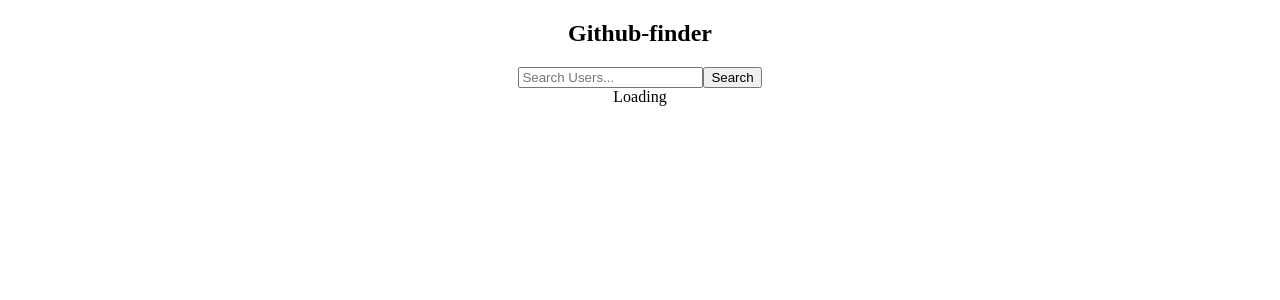
Repository: Tambarie/github-finder
Page: /
An editor plug-in stored every save of this project. The page is shown before and after a run of saves, followed by the edit.
The browser window is 1280 px wide. The pictures show the whole page.
The page's requests for data from a server got no answer. The project was rebuilt for these pictures with package versions that can differ from the ones it lists, and the page was loaded fresh each time. No one was signed in, and anything a server would have sent is missing. Also part of the build but not shown: src/components/users/UserItem.js.

Above is the page before, as saved 2021-11-09 23:51:16.

After the next 7 saves:
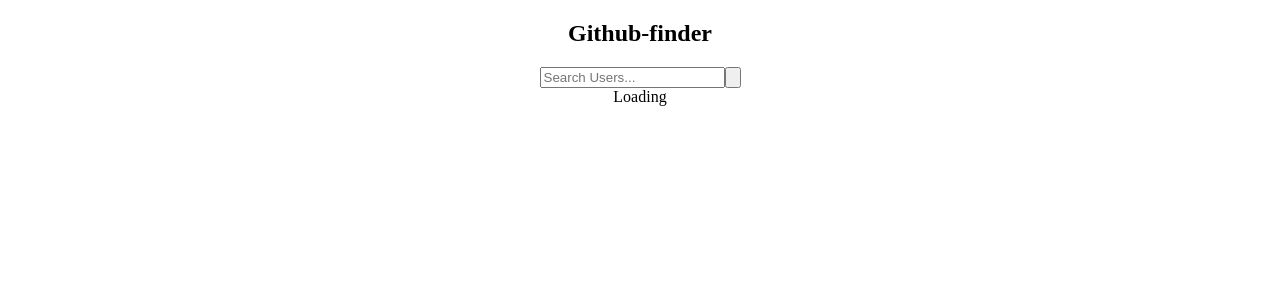
The 7 saves are shown as one change because 2 did not build or start and some came seconds apart.
The last was saved 45 s later.
--- a/src/components/users/Search.js
+++ b/src/components/users/Search.js
@@ -9,7 +9,7 @@
         <input type='text' name='text' placeholder='Search Users...' />
         <input
           type='submit'
-          value='Search'
+          value={() =>onchange()}
           className='btn btn-dark btn-block'
         />
       </form>
